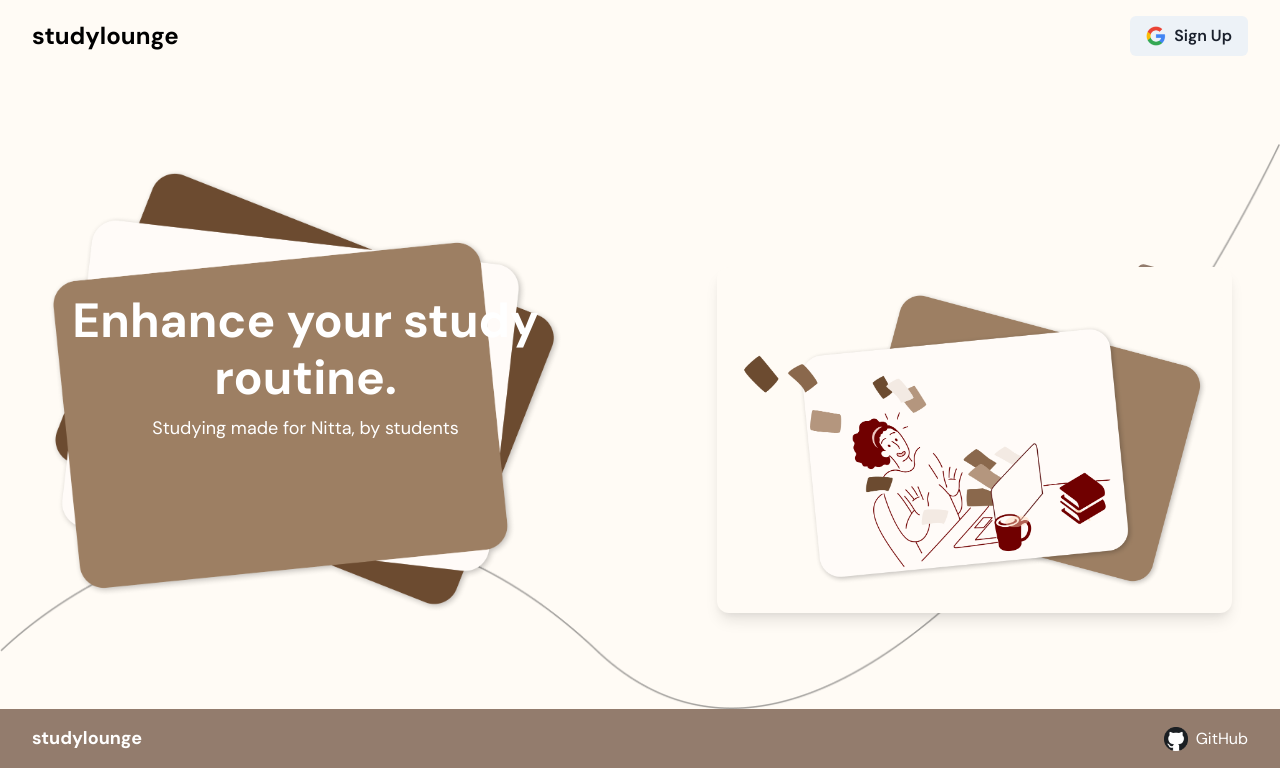
Repository: greg-chang/flashcard-website
Page: / (app in frontend/)
An editor plug-in stored every save of this project. The page is shown before and after the next save, followed by the edit.
The browser window is 1280 px wide. The pictures show the whole page.
The page's requests for data from a server got no answer. The project was rebuilt for these pictures with package versions that can differ from the ones it lists, and the page was loaded fresh each time. Some packages were replaced by stand-ins written for this rebuild. The framework's server and built-in components were replaced by stand-ins that run in the browser. No one was signed in, and anything a server would have sent is missing. Also part of the build but not shown: frontend/next.config.ts, frontend/src/components/Dashboard.tsx.

Above is the page before, as saved 2025-06-08 14:37:58.

After the next save:
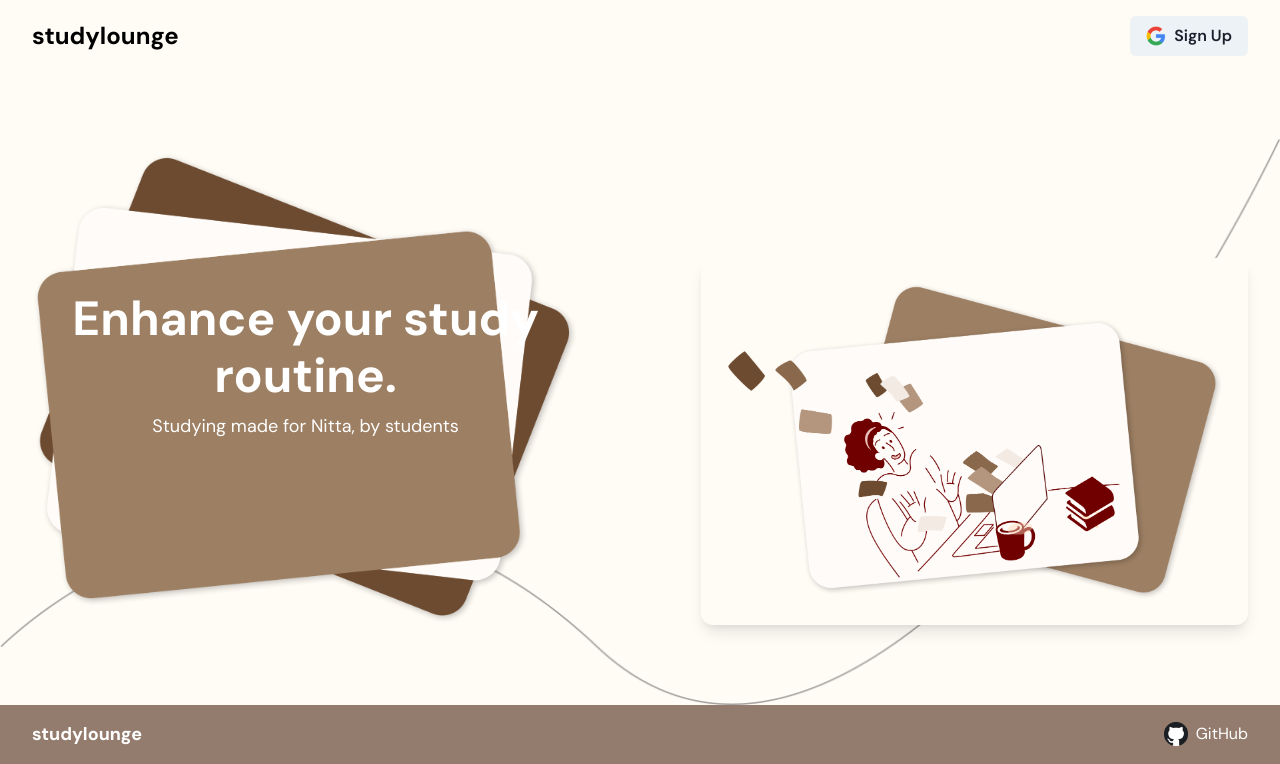
Saved 23 s later.
--- a/frontend/src/components/Homepage.tsx
+++ b/frontend/src/components/Homepage.tsx
@@ -31,7 +31,7 @@ export default function Homepage() {
       {/* Main Content Area */}
       <Flex
         direction={{ base: 'column', md: 'row' }}
-        align="flex-start"
+        align="stretch"
         justify="space-between"
         py={{ base: 10, md: 20 }}
         px={{ base: 4, md: 8 }}
@@ -64,7 +64,6 @@ export default function Homepage() {
           justifyContent="center"
           alignItems="center"
           alignSelf="flex-start"
-          p={4}
           zIndex="1"
         >
           <Image
@@ -105,7 +104,6 @@ export default function Homepage() {
           alignItems="flex-end"
           alignSelf="flex-end"
           position="relative"
-          p={4}
           zIndex="1"
         >
           <Box
